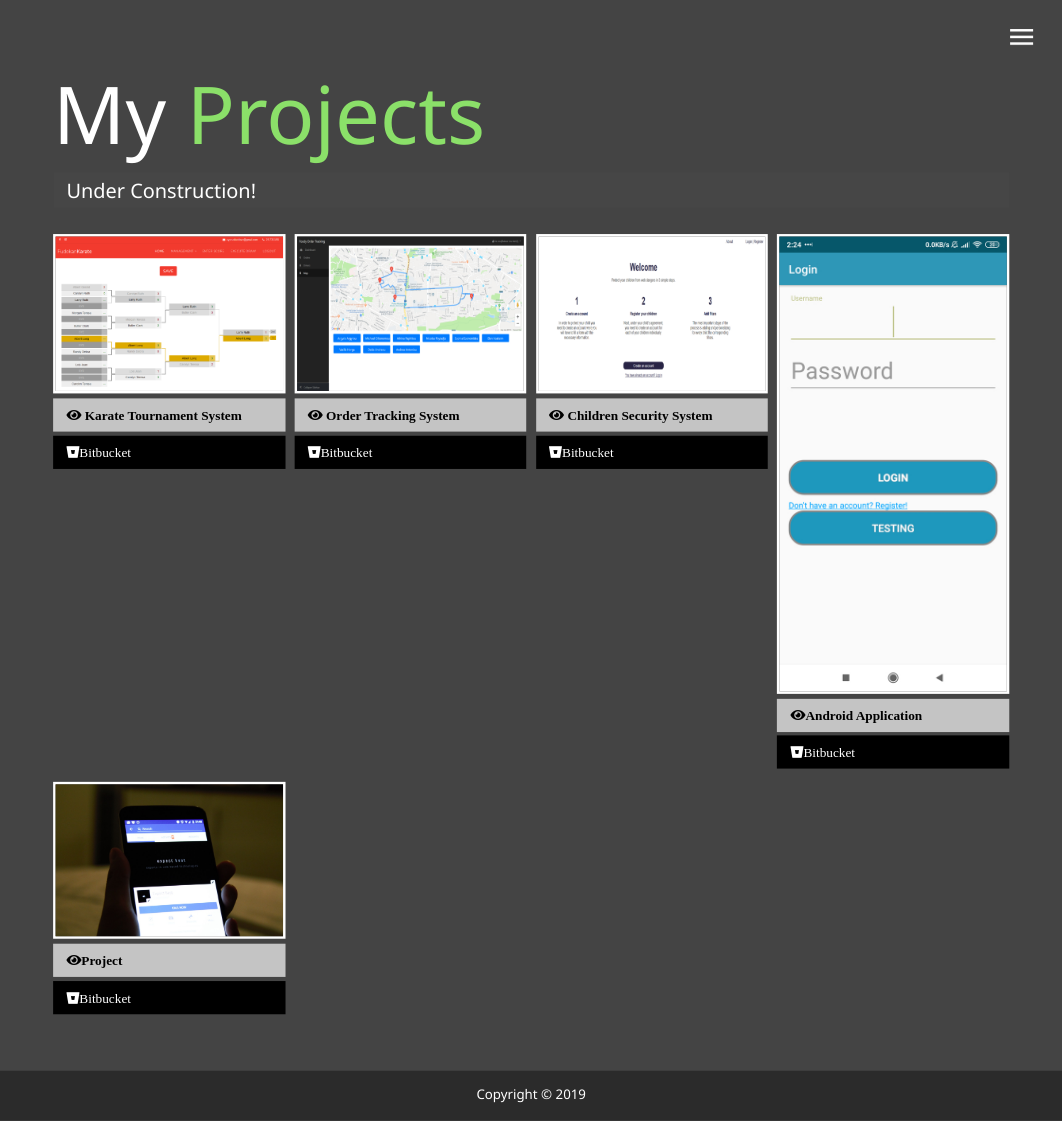
Repository: Preap/portfolio
Page: dist/work.html
These files come from the project's save history. The page is drawn as it stood at one moment and after the next save; the edit follows.
The browser window is 1280 px wide. The pictures show the whole page, at 83% of full size.
Some web libraries are served in a nearby version.

Above is the page before, as saved 2019-06-06 02:31:22.

### dist/work.html
<!DOCTYPE html>
<html lang="en">
  <head>
    <meta charset="UTF-8" />
    <meta name="viewport" content="width=device-width, initial-scale=1.0" />
    <meta http-equiv="X-UA-Compatible" content="ie=edge" />
    <link
      rel="stylesheet"
      href="https://use.fontawesome.com/releases/v5.6.1/css/all.css"
      integrity="sha384-gfdkjb5BdAXd+lj+gudLWI+BXq4IuLW5IT+brZEZsLFm++aCMlF1V92rMkPaX4PP"
      crossorigin="anonymous"
    />
    <link rel="stylesheet" href="css/main.css" />
    <title>My Work</title>
  </head>
  <body>
    <header>
      <div class="menu-btn">
        <div class="btn-line"></div>
        <div class="btn-line"></div>
        <div class="btn-line"></div>
      </div>

      <nav class="menu">
        <div class="menu-branding"><div class="portrait"></div></div>

        <ul class="menu-nav">
          <li class="nav-item">
            <a href="index.html" class="nav-link"> Home </a>
          </li>
          <li class="nav-item">
            <a href="about.html" class="nav-link"> My Experience </a>
          </li>
          <li class="nav-item">
            <a href="work.html" class="nav-link current"> My Projects </a>
          </li>
          <li class="nav-item">
            <a href="contact.html" class="nav-link"> Contact Me </a>
          </li>
        </ul>
      </nav>
    </header>

    <main id="work">
      <h1 class="lg-heading">
        My <span class="text-secondary">Projects</span>
      </h1>
      <h2 class="sm-heading">Under Construction!</h2>
      <div class="projects">
        <div class="item">
          <a href="./projects/karate.html">
            <img src="./img/projects/karate/image1.png" alt="karate_image" />
          </a>

          <a href="#!" class="btn-light">
            <i class="fas fa-eye"> Karate Tournament System</i>
          </a>
          <a href="#!" class="btn-dark">
            <i class="fab fa-bitbucket">Bitbucket</i>
          </a>
        </div>
        <div class="item">
          <a href="./projects/ordertracking.html">
            <img
              src="./img/projects/ordertracking/image1.jpg"
              alt="ordertracking_image"
            />
          </a>

          <a href="#!" class="btn-light">
            <i class="fas fa-eye"> Order Tracking System</i>
          </a>
          <a href="#!" class="btn-dark">
            <i class="fab fa-bitbucket">Bitbucket</i>
          </a>
        </div>
        <div class="item">
          <a href="./projects/encase.html">
            <img src="./img/projects/encase/image1.jpg" alt="encase_image" />
          </a>

          <a href="#!" class="btn-light">
            <i class="fas fa-eye"> Children Security System</i>
          </a>
          <a href="#!" class="btn-dark">
            <i class="fab fa-bitbucket">Bitbucket</i>
          </a>
        </div>
        <div class="item">
          <a href="#!">
            <img src="./img/projects/stockcontrol/image1.jpg" alt="project1" />
          </a>

          <a href="#!" class="btn-light">
            <i class="fas fa-eye">Android Application</i>
          </a>
          <a href="#!" class="btn-dark">
            <i class="fab fa-bitbucket">Bitbucket</i>
          </a>
        </div>
        <div class="item">
          <a href="#!">
            <img src="./img/projects/project5.jpg" alt="project1" />
          </a>

          <a href="#!" class="btn-light">
            <i class="fas fa-eye">Project</i>
          </a>
          <a href="#!" class="btn-dark">
            <i class="fab fa-bitbucket">Bitbucket</i>
          </a>
        </div>
      </div>
    </main>

    <footer id="main-footer">
      Copyright &copy; 2019
    </footer>

    <script src="js/main.js"></script>
  </body>
</html>

### dist/css/main.css
.menu-btn {
  position: absolute;
  top: 35px;
  right: 35px;
  z-index: 3;
  cursor: pointer;
  transition: all 0.5s ease-out;
}
.menu-btn .btn-line {
  width: 28px;
  height: 3px;
  margin: 0 0 5px 0;
  background: #fff;
  transition: all 0.5s ease-out;
}
.menu-btn.close {
  transform: rotate(180deg);
}
.menu-btn.close .btn-line:nth-child(1) {
  transform: rotate(45deg) translate(5px, 5px);
}
.menu-btn.close .btn-line:nth-child(2) {
  opacity: 0;
}
.menu-btn.close .btn-line:nth-child(3) {
  transform: rotate(-45deg) translate(6px, -6px);
}

.menu {
  position: fixed;
  top: 0;
  width: 100%;
  opacity: 0.98;
  visibility: hidden;
}
.menu.show {
  visibility: visible;
}
.menu-branding,
.menu-nav {
  display: flex;
  flex-flow: column wrap;
  align-items: center;
  justify-content: center;
  float: left;
  width: 50%;
  height: 100vh;
  overflow: hidden;
}
.menu-nav {
  margin: 0;
  padding: 0;
  background: #373737;
  list-style: none;
  transform: translate3d(100%, -100%, 0);
  transition: all 0.5s ease-out;
}
.menu-nav.show {
  transform: translate3d(0, 0, 0);
}
.menu-branding {
  background: #444;
  transform: translate3d(-100%, 100%, 0);
  transition: all 0.5s ease-out;
}
.menu-branding.show {
  transform: translate3d(0, 0, 0);
}
.menu-branding .portrait {
  width: 250px;
  height: 250px;
  background: url(../img/port2BW.jpg);
  border-radius: 50%;
  border: solid 3px #8be069;
  opacity: 1;
}
.menu .nav-item {
  transform: translate3d(600px, 0, 0);
  transition: all 0.5s ease-out;
}
.menu .nav-item.show {
  transform: translate3d(0, 0, 0);
}
.menu .nav-link {
  display: inline-block;
  position: relative;
  font-size: 50px;
  text-transform: uppercase;
  padding: 1rem 0;
  font-weight: 300;
  color: #fff;
  text-decoration: none;
  transition: all 0.5s ease-out;
}
.menu .nav-link:hover {
  color: #8be069;
  transition: all 0.5s ease-out;
}
.menu .nav-link.current {
  color: #8be069;
}

.nav-item:nth-child(1) {
  transition-delay: 0.15s;
}

.nav-item:nth-child(2) {
  transition-delay: 0.3s;
}

.nav-item:nth-child(3) {
  transition-delay: 0.45s;
}

.nav-item:nth-child(4) {
  transition-delay: 0.6s;
}

* {
  box-sizing: border-box;
}

body {
  background: #444;
  color: #fff;
  height: 100%;
  margin: 0;
  font-family: "Segoe UI", Tahoma, Geneva, Verdana, sans-serif;
  line-height: 1.5;
}
body#bg-img {
  background: url(../img/keyboard.jpg);
  background-attachment: fixed;
  background-size: cover;
}
body#bg-img::after {
  content: "";
  position: absolute;
  top: 0;
  right: 0;
  width: 100%;
  height: 100%;
  z-index: -1;
  background: rgba(68, 68, 68, 0.9);
}

h1,
h2,
h3 {
  margin: 0;
  font-weight: 400;
}
h1.lg-heading,
h2.lg-heading,
h3.lg-heading {
  font-size: 6rem;
}
h1.sm-heading,
h2.sm-heading,
h3.sm-heading {
  margin-bottom: 2rem;
  padding: 0.2rem 1rem;
  background: rgba(73, 73, 73, 0.5);
}

a {
  color: #fff;
  text-decoration-line: none;
}

header {
  position: fixed;
  z-index: 2;
  width: 100%;
}

.text-secondary {
  color: #8be069;
}

main {
  padding: 4rem;
  min-height: calc(100vh - 60px);
}
main .icons {
  margin-top: 1rem;
}
main .icons a {
  padding: 0.4rem;
}
main .icons a:hover {
  color: #8be069;
  transition: all 0.5s ease-out;
}
main#home {
  overflow: hidden;
}
main#home h1 {
  margin-top: 20vh;
}

.about-info {
  display: grid;
  grid-gap: 30px;
  grid-template-areas:
    "bioimage bio bio"
    "job1 job2 job3";
  grid-template-columns: repeat(3, 1fr);
}
.about-info .bio-image {
  grid-area: bioimage;
  margin: auto;
  border-radius: 50%;
  border: #8be069 3px solid;
}
.about-info .bio {
  grid-area: bio;
  font-size: 1.5rem;
}
.about-info .job-1 {
  grid-area: job1;
}
.about-info .job-2 {
  grid-area: job2;
}
.about-info .job-3 {
  grid-area: job3;
}
.about-info .job {
  background: #585858;
  padding: 0.5rem;
  border-bottom: #8be069 5px solid;
}

.projects {
  display: grid;
  grid-gap: 0.7rem;
  grid-template-columns: repeat(3, 1fr);
}
.projects img {
  width: 100%;
  border: 3px #fff solid;
}
.projects img:hover {
  opacity: 0.5;
  border-color: #8be069;
  transition: all 0.5s ease-out;
}

.boxes {
  display: flex;
  flex-wrap: wrap;
  justify-content: space-evenly;
  align-items: center;
  margin-top: 1rem;
}
.boxes div {
  font-size: 2rem;
  border: 3px #fff solid;
  padding: 1.5rem 2.5rem;
  margin-bottom: 3rem;
  transition: all 0.5s ease-out;
}
.boxes div:hover {
  padding: 0.5rem 1.5rem;
  background: #8be069;
  color: #000;
}
.boxes div:hover span {
  color: #000;
}

.btn,
.btn-dark,
.btn-light {
  display: block;
  padding: 0.5rem 1rem;
  border: 0;
  margin-bottom: 0.3rem;
}
.btn:hover,
.btn-dark:hover,
.btn-light:hover {
  background: #8be069;
  color: #000;
  transition: all 0.5s ease-out;
}

.btn-dark {
  background: black;
  color: #fff;
}

.btn-light {
  background: #c4c4c4;
  color: #000;
}

#main-footer {
  text-align: center;
  padding: 1rem;
  background: #2b2b2b;
  color: #fff;
  height: 60px;
}

.bio {
  grid-area: bio;
  font-size: 1.5rem;
}

@media screen and (min-width: 1171px) {
  .projects {
    grid-template-columns: repeat(4, 1fr);
  }
}

@media screen and (min-width: 769) and (max-width: 1170px) {
  .projects {
    grid-template-columns: repeat(3, 1fr);
  }
}

@media screen and (max-width: 768px) {
  main {
    align-items: center;
    text-align: center;
  }
  main .lg-heading {
    line-height: 1;
    margin-bottom: 1rem;
  }
  ul.menu-nav,
  div.menu-branding {
    float: none;
    width: 100%;
    min-height: 0;
  }
  ul.menu-nav.show,
  div.menu-branding.show {
    transform: translate3d(0, 0, 0);
  }
  .menu-nav {
    height: 75vh;
    transform: translate3d(-100%, 0, 0);
    font-size: 24px;
  }
  .menu-branding {
    height: 25vh;
    transform: translate3d(100%, 0, 0);
  }
  .menu-branding .portrait {
    background: url(../img/portSmallBW.jpg);
    width: 150px;
    height: 150px;
  }
  .about-info {
    grid-template-areas:
      "bioimage"
      "bio"
      "job1"
      "job2"
      "job3";
    grid-template-columns: 1fr;
  }
  .projects {
    grid-template-columns: repeat(2, 1fr);
  }
}

@media screen and (max-width: 500px) {
  main#home h1 {
    margin-top: 10vh;
  }
  .projects {
    grid-template-columns: 1fr;
  }
}

### dist/js/main.js
// Select DOM Items
const menuBtn = document.querySelector(".menu-btn");
const menu = document.querySelector(".menu");
const menuNav = document.querySelector(".menu-nav");
const menuBranding = document.querySelector(".menu-branding");
const navItems = document.querySelectorAll(".nav-item");

//Set initial state of menu

let showMenu = false;

menuBtn.addEventListener("click", toggleMenu);

function toggleMenu() {
  if (!showMenu) {
    menuBtn.classList.add("close");
    menu.classList.add("show");
    menuNav.classList.add("show");
    menuBranding.classList.add("show");
    navItems.forEach(item => item.classList.add("show"));

    //set menu state
    showMenu = true;
  } else {
    menuBtn.classList.remove("close");
    menu.classList.remove("show");
    menuNav.classList.remove("show");
    menuBranding.classList.remove("show");
    navItems.forEach(item => item.classList.remove("show"));

    //set menu state
    showMenu = false;
  }
}

After the next save:
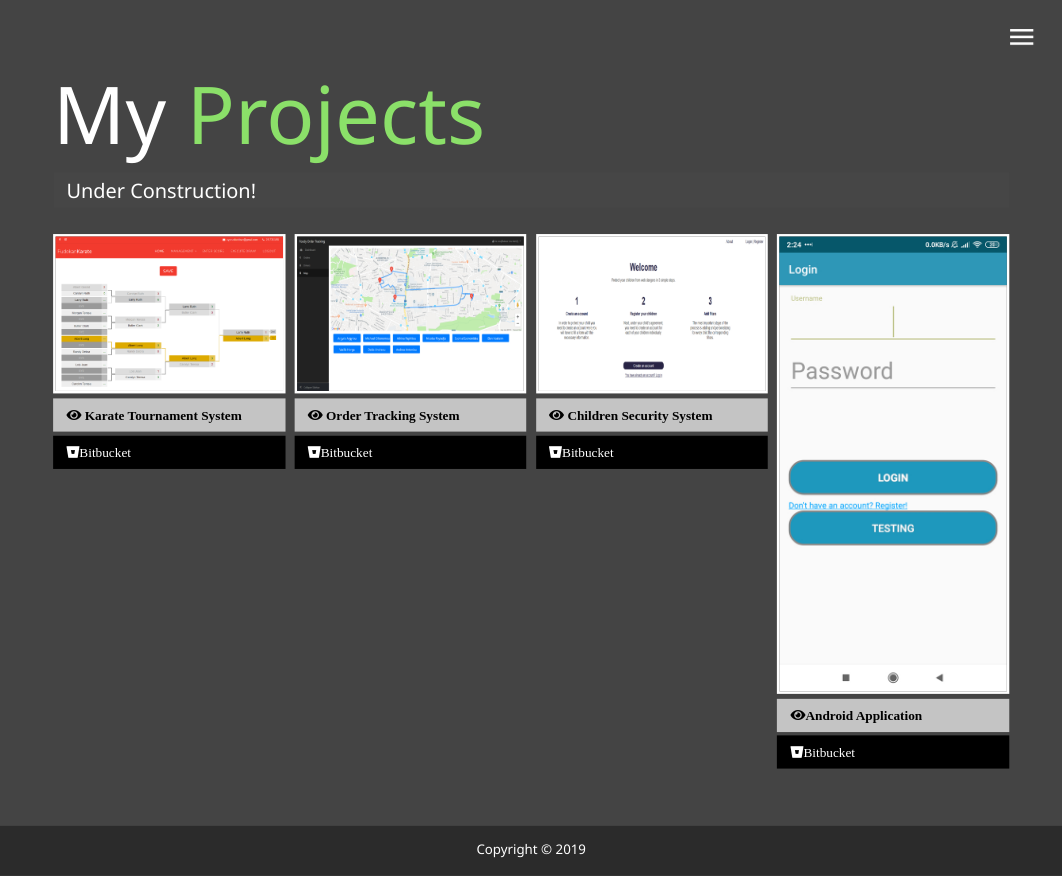
Saved 3 min 26 s later.
--- a/dist/work.html
+++ b/dist/work.html
@@ -98,18 +98,6 @@
             <i class="fab fa-bitbucket">Bitbucket</i>
           </a>
         </div>
-        <div class="item">
-          <a href="#!">
-            <img src="./img/projects/project5.jpg" alt="project1" />
-          </a>
-
-          <a href="#!" class="btn-light">
-            <i class="fas fa-eye">Project</i>
-          </a>
-          <a href="#!" class="btn-dark">
-            <i class="fab fa-bitbucket">Bitbucket</i>
-          </a>
-        </div>
       </div>
     </main>
 
